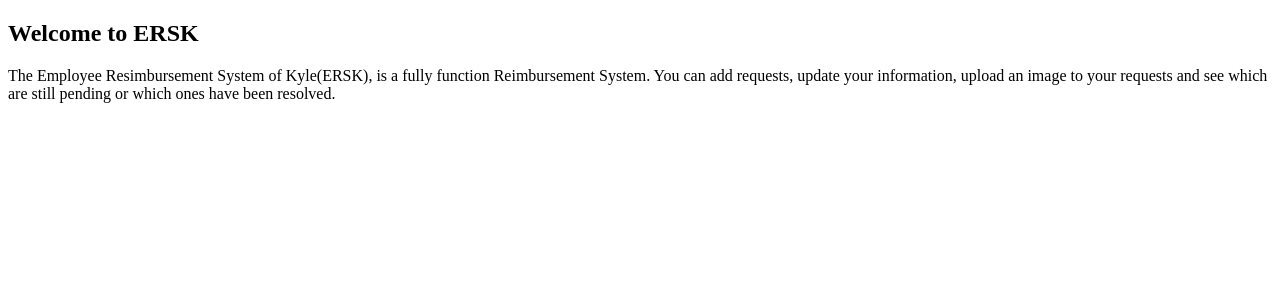
Repository: 1807-mehrab/project-1-KyleAButterfield
Page: ERSK/ERSK/src/main/webapp/EmployeeHomePage.html
The author's editor kept a copy of each file at every save. The page is drawn from the files as they stood at one save, then again after the next save.
The browser window is 1280 px wide. The pictures show the whole page.

Above is the page before, as saved 2018-07-27 21:19:40.

After the next save:
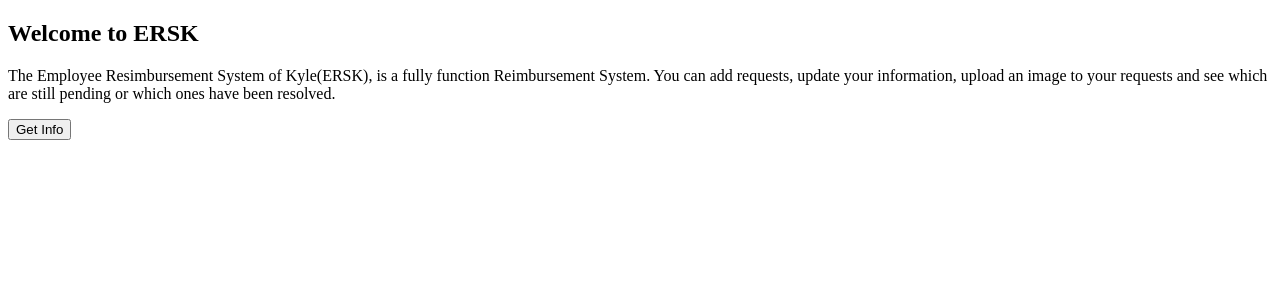
Saved 19 min 49 s later.
--- a/ERSK/ERSK/src/main/webapp/EmployeeHomePage.html
+++ b/ERSK/ERSK/src/main/webapp/EmployeeHomePage.html
@@ -10,6 +10,7 @@
 	<p>The Employee Resimbursement System of Kyle(ERSK), is a fully function Reimbursement System.
 	 You can add requests, update your information, upload an image to your requests and see which are still pending
 	 or which ones have been resolved.   </p>
+	 <input type="button" onClick ="getInfo()" value="Get Info">
 	</div>
 </body>
 </html>
